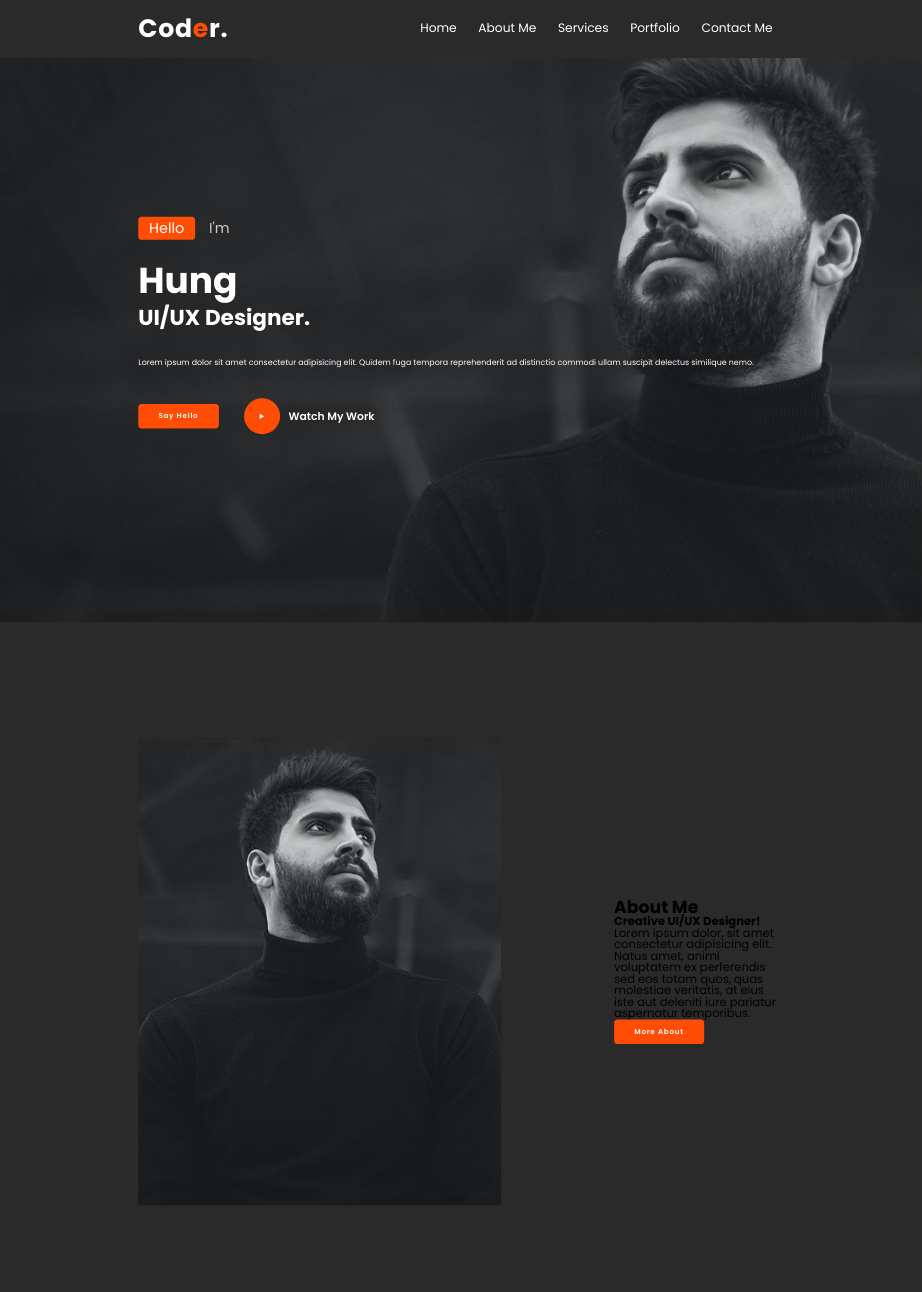
Repository: HungNg99/Protifolio2
Page: Portfolio/index.html
These files come from the project's save history. The page is drawn as it stood at one moment and after the next save; the edit follows.
The browser window is 1280 px wide. The pictures show the whole page, at 72% of full size.

Above is the page before, as saved 2022-12-11 08:25:13.

### Portfolio/index.html
<!DOCTYPE html>
<html lang="en">

<head>
    <meta charset="UTF-8">
    <meta http-equiv="X-UA-Compatible" content="IE=edge">
    <meta name="viewport" content="width=device-width, initial-scale=1.0">
    <title>Portfolio</title>
    <link rel="stylesheet" href="./reset.css">
    <link rel="stylesheet" href="./style.css">
    <link rel="stylesheet" href="https://cdnjs.cloudflare.com/ajax/libs/font-awesome/6.2.1/css/all.min.css"
        integrity="sha512-MV7K8+y+gLIBoVD59lQIYicR65iaqukzvf/nwasF0nqhPay5w/9lJmVM2hMDcnK1OnMGCdVK+iQrJ7lzPJQd1w=="
        crossorigin="anonymous" referrerpolicy="no-referrer" />

        <link rel="stylesheet"
        href="https://unpkg.com/boxicons@latest/css/boxicons.min.css">

    <link
        href="https://fonts.googleapis.com/css2?family=Montserrat:wght@800&family=Poppins:ital,wght@0,300;0,400;0,600;0,700;1,600&family=Roboto:wght@300;500&display=swap"
        rel="stylesheet">
</head>

<body>
    <!-- header design-->
    <header>
        <a href="#" class="logo">Cod<span>e</span>r.</a>
        <ul class="nav-list">
            <li><a href="#home" class="nav-link">
                    Home
                </a></li>
            <li><a href="#about" class="nav-link">
                    About Me
                </a></li>
            <li><a href="#services" class="nav-link">
                    Services
                </a></li>
            <li><a href="#portfolio" class="nav-link">
                    Portfolio
                </a></li>
            <li><a href="#contact" class="nav-link">
                    Contact Me
                </a></li>
        </ul>

        <div class="bx bx-menu" id="menu-icon">
        </div>
    </header>

    <!-- home section design -->
    <section class="home" id="home">
       <div class="home-text">
        <div class="slide">
            <span class="one">Hello</span>
            <span class="two">I'm</span>
        </div>
        <h1>Hung</h1>
        <h3>UI/UX <span>Designer.</span> </h3>
        <p>Lorem ipsum dolor sit amet consectetur adipisicing elit. Quidem fuga tempora reprehenderit ad distinctio commodi ullam suscipit delectus similique nemo.</p>
        <div class="button">
            <a href="#" class="btn">Say Hello</a>
            <a href="#" class="btn2"><span><i class='bx bx-play'></i>Watch My Work</span></a>
        </div>
       </div>
    </section>

    <!-- about section design -->
    <section class="about" id="about">
        <div class="about-img">
            <img src="./img/about.jpg" alt="">
        </div>
        <div class="about-text">
            <h2>About <span>Me</span></h2>
            <h4>Creative UI/UX Designer!</h4>
            <p>Lorem ipsum dolor, sit amet consectetur adipisicing elit. Natus amet, animi voluptatem ex perferendis sed eos totam quos, quas molestiae veritatis, at eius iste aut deleniti iure pariatur aspernatur temporibus.</p>
            <a href="#" class="btn">More About</a>
        </div>
    </section>
    <script src="./scripts.js"></script>
</body>

</html>

### Portfolio/reset.css
html {
    box-sizing: border-box;
  }
  * {
    margin: 0;
    padding: 0;
  }
  *,
  *:before,
  *:after {
    box-sizing: border-box;
  }
  input,
  textarea,
  select,
  button {
    outline: none;
  }
  input {
    line-height: normal;
  }
  label,
  button {
    cursor: pointer;
  }
  a {
    text-decoration: none;
  }
  img {
    display: block;
    max-width: 100%;
  }
  *,
  *:before,
  *:after {
    box-sizing: border-box;
  }
  /* using rem unit */
  html {
    font-size: 62.5%;
  }
  a {
    text-decoration: none;
  }
  img {
    display: block;
    max-width: 100%;
  }
  body {
    font-family: "Poppins", sans-serif;
    font-size: 16px;
    line-height: 1;
    list-style: none;
    scroll-behavior: smooth;
    /* height: 200vh; */
  }

### Portfolio/style.css
body{
    background-color: var(--bg-color);
}
:root {
    --bg-color: #2a2a2a;
    --second-bg-color: #202020;
    --text-color: #fff;
    --second-color: #ccc;
    --main-color: #ff4d05;
    --big-font: 5rem;
    --h2-font: 3rem;
    --p-font: 1.1rem;
}

header {
    position: fixed;
    width: 100%;
    top: 0;
    right: 0;
    z-index: 1000;
    align-items: center;
    justify-content: space-between;
    background: var(--bg-color);
    padding: 22px 15%;
    border-bottom: 1px solid transparent;
    transition: all 0.45s ease;
    display: flex;
    justify-content: space-between;
    align-items: center;
}

.logo {
    color: var(--text-color);
    font-size: 35px;
    font-weight: 700;
    letter-spacing: 1px;
}

.logo span {
    color: var(--main-color);
}

.nav-list {
    display: flex;
    list-style: none;
}

.nav-list .nav-link {
    color: var(--text-color);
    margin: 0 15px;
    font-size: 17px;
    font-weight: 500;
    transition: all 0.45s ease;
}

.nav-list .nav-link:hover {
    color: var(--main-color);
}

.nav-list .nav-link.active {
    color: var(--main-color);
}

#menu-icon {
    color: var(--text-color);
    font-size: 35px;
    z-index: 10001;
    cursor: pointer;
    margin-left: 25px;
    display: none;

}

section {
    padding: 160px 15% 120px;
}

.home {
    position: relative;
    background-image: url(./img/background.jpg);
    background-repeat: no-repeat;
    background-position: center;
    background-size: cover;
    height: 120vh;
    width: 100%;
    display: flex;
    align-items: center;
    justify-content: flex-start;
}

.slide {
    margin-bottom: 30px;
}

.one {
    display: inline-block;
    margin-right: 15px;
    height: 32px;
    padding: 0 15px;
    line-height: 32px;
    font-size: 20px;
    font-weight: 500;
    border-radius: 5px;
    background-color: var(--main-color);
    color: var(--text-color);
}

.two {
    display: inline-block;
    color: var(--second-color);
    font-size: 20px;
    font-weight: 500;
}
.home-text h1 {
    font-size: var(--big-font);
    font-weight: 700;
    color: var(--text-color);
    line-height:1.1;
    margin: 0 0 8px;
}
.home-text h3{
    color: var(--text-color);
    margin: 0 0 35px;
    font-size: 3rem;
    font-weight: 700;
    line-height:1.1;
}
.home-text p{
    color: var(--text-color);
    font-size: var(--p-font);
    line-height:1.8;
    margin-bottom: 40px;
}
.button{
    display:flex;
    align-items: center;
    justify-content: flex-start;
}
.btn{
    display: inline-block;
    padding: 12px 28px;
    background: var(--main-color);
    border-radius: 5px;
    color: var(--text-color);
    font-size:1rem;
    letter-spacing: 1px;
    font-weight: 600;
    transition: all 0.45s ease;
}
.btn:hover{
    transform: scale(1.1);
}
.btn2{
    display: inline-flex;
    align-items: center;
    justify-content: center;
    font-size: 15px;
    font-weight:600;
    color: var(--text-color);
    margin-left: 35px;
}
.btn2 span{
    display: inline-flex;
    align-items: center;
    justify-content: center;
}
.btn2 span i{
    margin-right: 12px;
    height: 50px;
    width: 50px;
    border-radius: 50%;
    display: flex;
    align-items: center;
    justify-content: center;
    transition: all 0.45s ease;
    background-color: var(--main-color);
    color: var(--text-color);
}
.btn2 span i:hover{
    transform: scale(1.1);
}

.about{
    display: flex;
    align-items: center;
    justify-content: space-between;
}


.about-img{

}
.about-text{
    /* display: inline-flex; */
    flex:0.6;
}

Loaded but not shown: Portfolio/scripts.js (no copy from this time; the picture is the same without it)

After the next save:
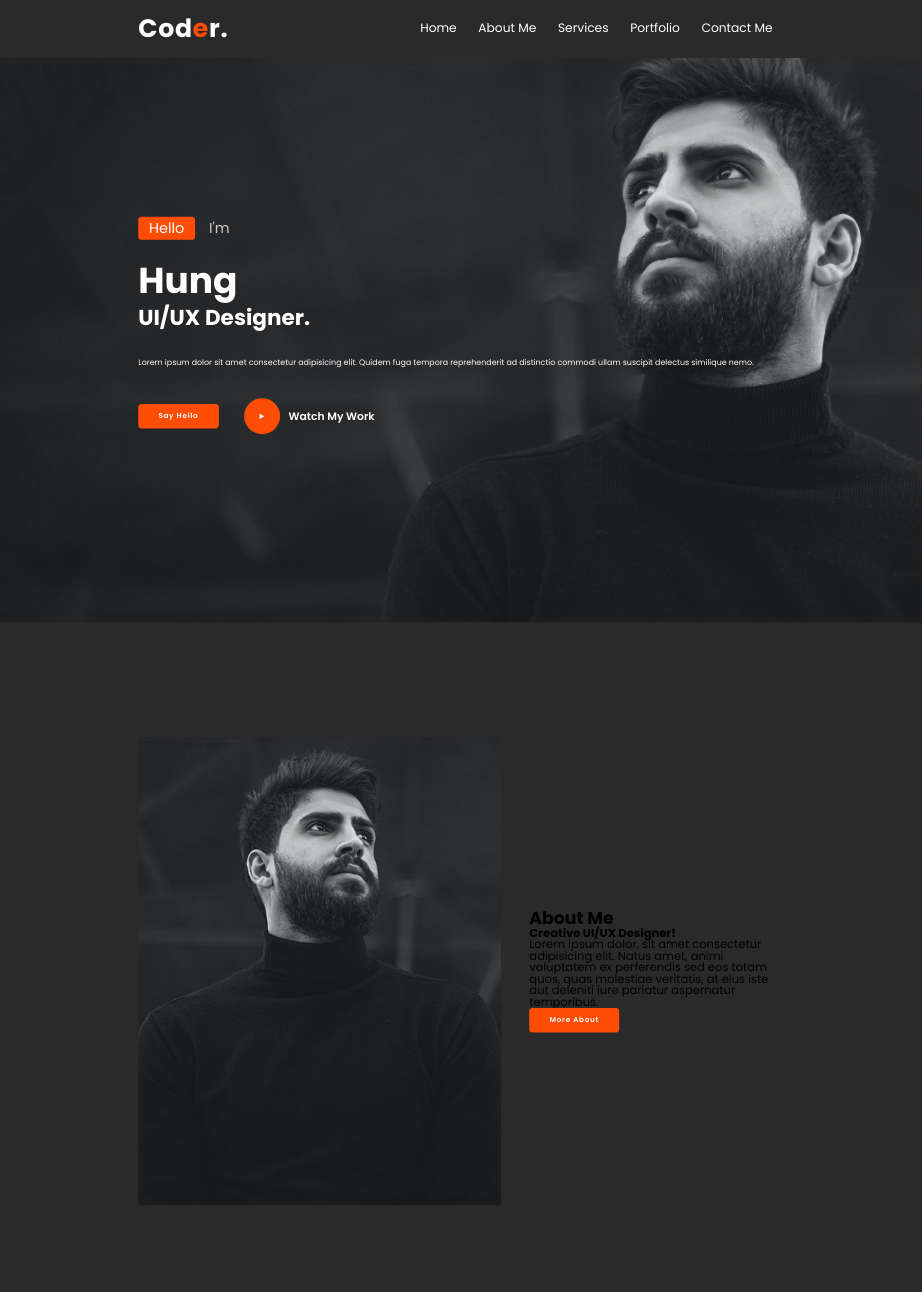
Saved 17 s later.
--- a/Portfolio/style.css
+++ b/Portfolio/style.css
@@ -192,5 +192,5 @@ section {
 }
 .about-text{
     /* display: inline-flex; */
-    flex:0.6;
+    flex:0.9;
 }
